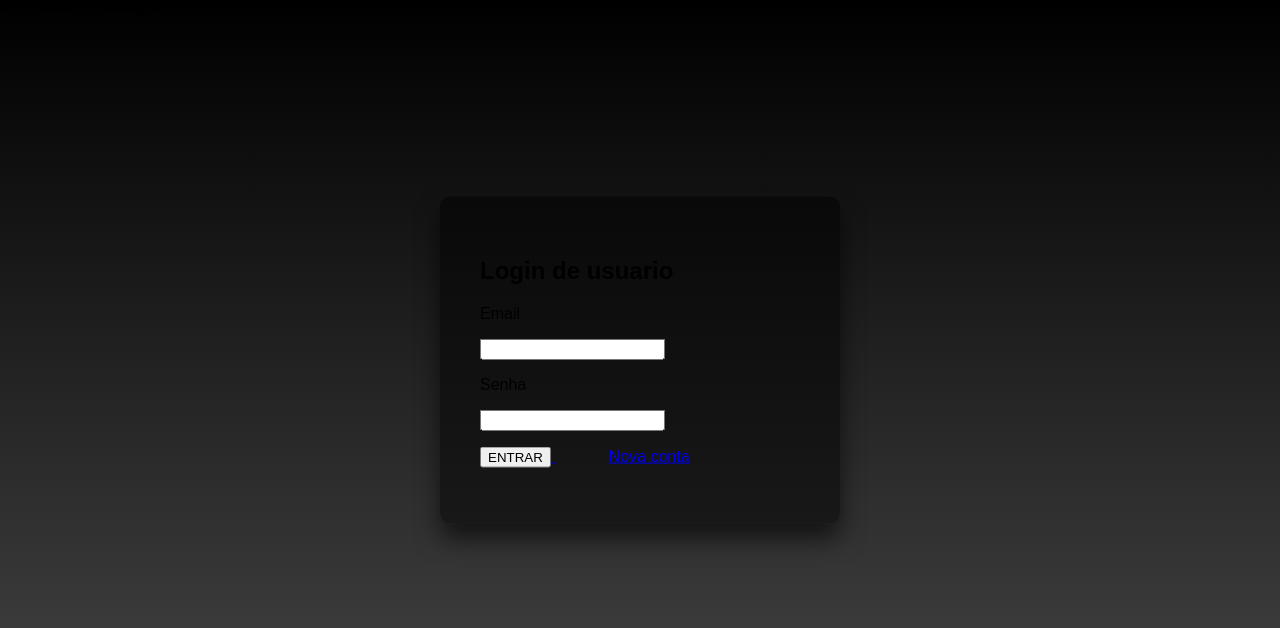
Repository: alessandro405/Primeiro-Projeto
Page: http://localhost/meu-projeto/login
The author's editor kept a copy of each file at every save. The page is drawn from the files as they stood at one save, then again after the next save.
The browser window is 1280 px wide. The pictures show the whole page.
The page is served by Tomcat 9. Other server files are loaded and not shown.

Above is the page before, as saved 2022-04-20 22:35:56.

### MeuProjeto/meu-projeto/src/main/webapp/WEB-INF/paginas/Login.jsp
<%@ page language="java" contentType="text/html; charset=ISO-8859-1"
    pageEncoding="ISO-8859-1"%>
<%@ taglib uri="http://java.sun.com/jsp/jstl/core" prefix="jstl" %>

<!DOCTYPE html>
<html>
<head>
	<link href="CSS/css.login/login.css" rel="stylesheet">
<meta charset="ISO-8859-1">
<title>Login de usuario</title>
</head>
<body>
	<%
		String erro = (String) request.getAttribute("erro");
		String erro2 = (String) request.getAttribute("erro2");
	%>
	<div class="login-box">
	<h2>Login de usuario</h2>
	<form method = "post" action="${pageContext.request.contextPath}/login">
		<div class="user-box">
		<p>Email</P>
		<p><input type= "text" name= "email"></p>
		</div>
		<div class="user-box">
		<p>Senha</P>
		<p><input type= "text" name= "senha"></p>
		</div>
		<a href="#">
          <span></span>
          <span></span>
          <span></span>
          <span></span>
		<button type= "submit" >ENTRAR</button>
		</a>
		&nbsp;&nbsp;&nbsp;&nbsp;&nbsp;&nbsp;&nbsp;&nbsp;&nbsp;&nbsp;&nbsp;
		<a class="nova-conta" href="${pageContext.request.contextPath}/nova">Nova conta</a>
		<p><%
			if(erro != null){
				out.print(erro);
			} else if(erro2 != null){
				out.print(erro2);
			}
		%></P>
	</form>
	</div>
	<footer>AL Software Developer</footer>
</body>
</html>

### MeuProjeto/meu-projeto/src/main/java/br/com/devjunior/servlets/Login.java
package br.com.devjunior.servlets;

import java.io.IOException;
import java.sql.SQLException;

import javax.servlet.RequestDispatcher;
import javax.servlet.ServletException;
import javax.servlet.annotation.WebServlet;
import javax.servlet.http.HttpServlet;
import javax.servlet.http.HttpServletRequest;
import javax.servlet.http.HttpServletResponse;
import javax.servlet.http.HttpSession;

import entidades.Usuario;
import impl.UsuarioRepositorioJDBC;

@WebServlet(urlPatterns = { "/login" })
public class Login extends HttpServlet {
	/**
	 *
	 */
	private static final long serialVersionUID = -2706311068111453632L;

	@Override
	protected void doGet(HttpServletRequest req, HttpServletResponse resp) throws ServletException, IOException {
		RequestDispatcher dispatcher = req.getServletContext().getRequestDispatcher("/WEB-INF/paginas/Login.jsp");
		dispatcher.forward(req, resp);
	}

	@Override
	protected void doPost(HttpServletRequest request, HttpServletResponse resp) throws ServletException, IOException {
		UsuarioRepositorioJDBC aut = new UsuarioRepositorioJDBC();
		Usuario novoContato = new Usuario();
		novoContato.setEmail(request.getParameter("email"));
		novoContato.setSenha(request.getParameter("senha"));

		try {
			Usuario usu = aut.autenticar(novoContato);

			if(usu != null) {

				HttpSession session = request.getSession();
				session.setAttribute("usuarioLogado", novoContato);

				resp.sendRedirect(request.getContextPath() + "/lista");

			}else {
				request.setAttribute("erro", "Email ou senha invalido");
				RequestDispatcher dispatcher = request.getServletContext().getRequestDispatcher("/WEB-INF/paginas/Login.jsp");
				dispatcher.forward(request, resp);

			}

		} catch (SQLException e) {
			request.getSession().setAttribute("mensagemErro", e.getMessage());

		}

	}

}

### MeuProjeto/meu-projeto/src/main/webapp/CSS/css.login/login.css
html {
  height: 100%;
}
body {
  margin: 0;
  padding: 0;
  font-family: sans-serif;
  background: linear-gradient(#000000, #434343);
}

.login-box {
  position: absolute;
  top: 50%;
  left: 50%;
  width: 400px;
  padding: 40px;
  transform: translate(-50%, -50%);
  background: rgba(0, 0, 0, 0.5);
  box-sizing: border-box;
  box-shadow: 0 15px 25px rgba(0, 0, 0, 0.6);
  border-radius: 10px;
}

After the next save:
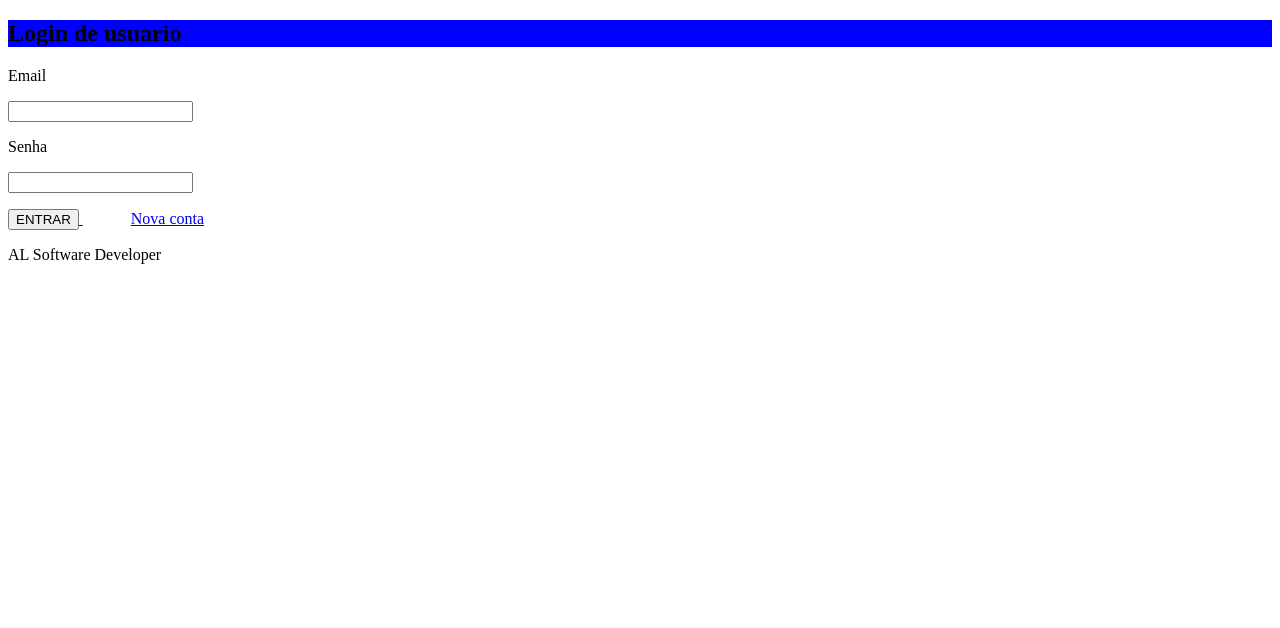
Saved 73 s later.
--- a/MeuProjeto/meu-projeto/src/main/webapp/CSS/css.login/login.css
+++ b/MeuProjeto/meu-projeto/src/main/webapp/CSS/css.login/login.css
@@ -1,4 +1,4 @@
-html {
+/* html {
   height: 100%;
 }
 body {
@@ -20,3 +20,9 @@ body {
   box-shadow: 0 15px 25px rgba(0, 0, 0, 0.6);
   border-radius: 10px;
 }
+ */
+
+ h2{
+
+  background-color: blue;
+ }
